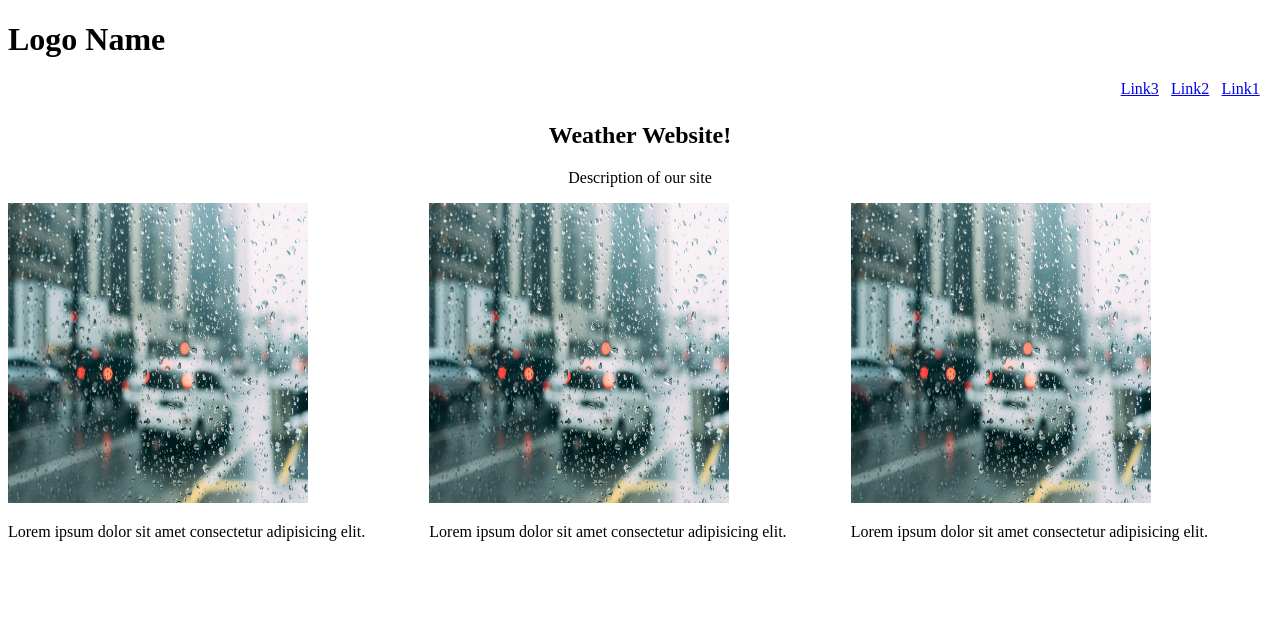
Repository: aaron1986/Breakout2_group_code
Page: index.html
An editor plug-in stored every save of this project. The page is shown before and after the next save, followed by the edit.
The browser window is 1280 px wide. The pictures show the whole page.

Above is the page before, as saved 2023-09-13 09:53:02.

After the next save:
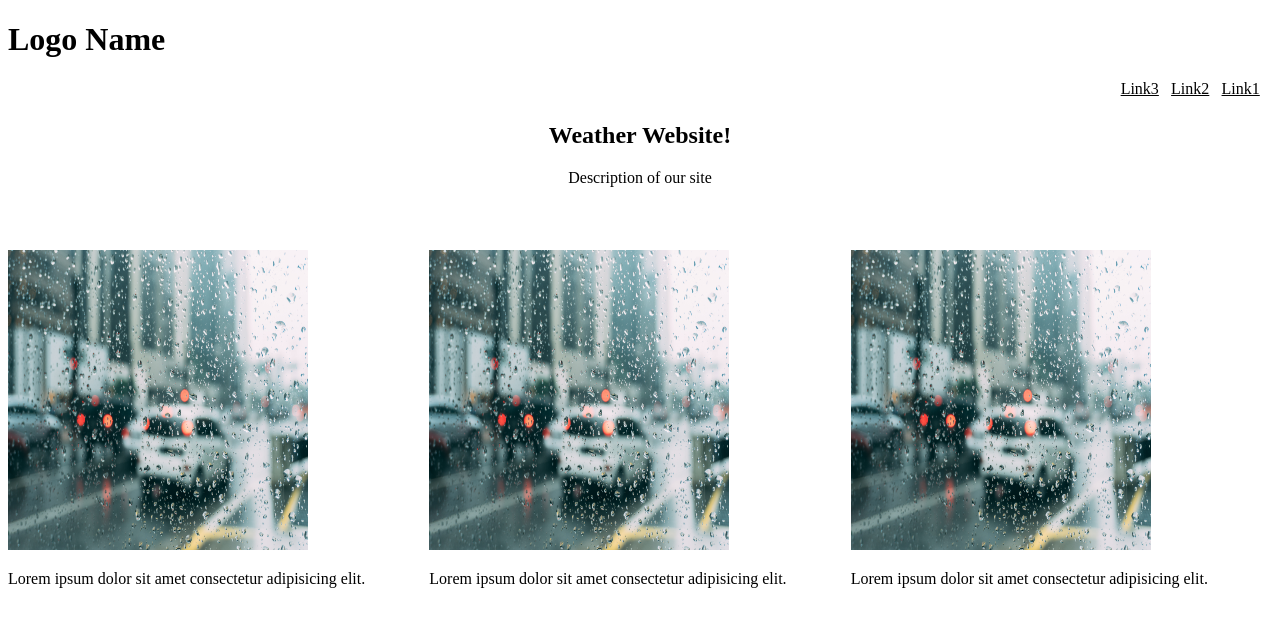
Saved 39 s later.
--- a/style.css
+++ b/style.css
@@ -1,4 +1,3 @@
-
 body {
 
 }
@@ -8,6 +7,14 @@ ul > li {
     float: right;
     margin-right: 1%;
 }
+
+li > a {
+    color: black;
+}
+
+ a:hover {
+    color: red;
+ }
 
 h2 {
     text-align: center;
@@ -20,6 +27,7 @@ h2 {
 
 
 .image-container{
+    margin-top: 5%;
     display: grid;
     justify-content: center;
     grid-template-columns: repeat(3, 1fr);
